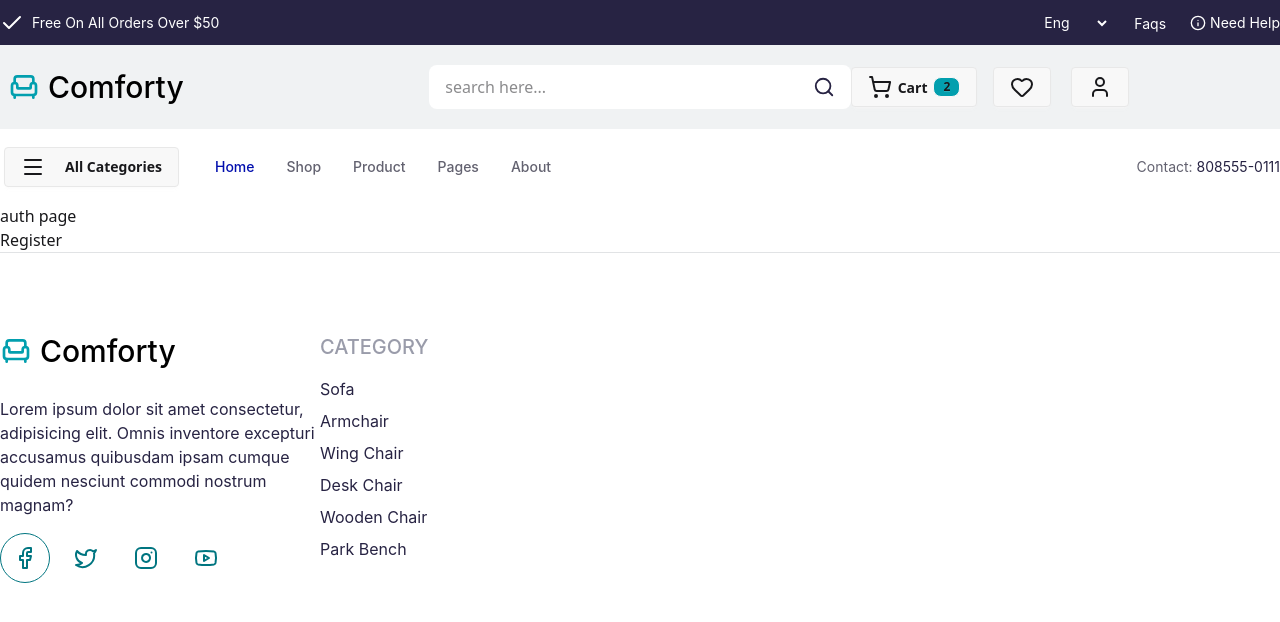
Repository: Neda0o0/store-template-website
Page: /auth/register
An editor plug-in stored every save of this project. The page is shown before and after the next save, followed by the edit.
The browser window is 1280 px wide. The pictures show the whole page.
The project was rebuilt for these pictures with package versions that can differ from the ones it lists, and the page was loaded fresh each time. Also part of the build but not shown: vite.config.js, src/components/Banner/Banner.jsx, src/components/Delivery/Delivery.jsx, src/components/Brand/Brand.jsx, src/components/SectionTitle/SectionTitle.jsx, src/components/Features/Features.jsx, src/components/Categories/Categories.jsx, src/components/Product/Product.jsx and 6 more.

Above is the page before, as saved 2025-10-27 16:50:08.

### index.html
<!DOCTYPE html>
<html lang="en">
  <head>
    <meta charset="UTF-8" />
    <link rel="icon" type="image/svg+xml" href="/vite.svg" />
    <meta name="viewport" content="width=device-width, initial-scale=1.0" />
    <title>new-project</title>
  </head>
  <body>
    <div id="root"></div>
    <script type="module" src="/src/main.jsx"></script>
  </body>
</html>

### src/main.jsx
import { StrictMode } from "react";
import { createRoot } from "react-dom/client";
import MainLayout from "./MainLayout/MainLayout";
import "./index.css";

createRoot(document.getElementById("root")).render(
  <StrictMode>
    <MainLayout />
  </StrictMode>
);

### src/MainLayout/MainLayout.jsx
import { BrowserRouter, Route, Routes } from "react-router";
import Navbar from "../components/Navbar/Navbar";
import Home from "../Pages/Home/Home";
import Auth from "../Pages/Auth/Auth";
import Login from "../Pages/Auth/Login/Login";
import Register from "../Pages/Auth/Register/Register";
import Error from "../Pages/Error/Error";
import AuthCheck from "../AuthCheck/AuthCheck";
import Footer from "../components/Footer/Footer";

const MainLayout = () => {
  return (
    <BrowserRouter>
      {/* Navbar */}
      <Navbar />
      <Routes>
        <Route
          path="/"
          element={
            <AuthCheck>
              <Home />
            </AuthCheck>
          }
        />
        <Route path="auth" element={<Auth />}>
          <Route path="login" element={<Login />} />
          <Route path="register" element={<Register />} />
        </Route>
        {/* not found routes */}
        <Route path="*" element={<Error />} />
      </Routes>
      {/* footer component */}
      <Footer />
    </BrowserRouter>
  );
};
export default MainLayout;

### src/index.css
@import "tailwindcss";
@plugin "daisyui";

/* google font inter */
@import url("https://fonts.googleapis.com/css2?family=Inter:ital,opsz,wght@0,14..32,100..900;1,14..32,100..900&display=swap");

@theme {
  --font-inter: "Inter", sans-serif;
}

.banner_slide_item {
  display: flex !important;
  justify-content: space-between;
  align-items: center;
  gap: 7.5rem;
}

.banner_image {
  position: relative;
}
.banner_image::before {
  content: "";
  position: absolute;
  top: 0;
  right: 0;
  max-width: 747px;
  width: 100%;
  min-height: 747px;
  height: 100%;
  background-color: #e1e3e5;
  border-radius: 100%;
  z-index: -1;
}
.slider_container > .slick-slider > .slick-prev,
.slider_container > .slick-slider > .slick-next {
  z-index: 5 !important;
}
.slick-prev {
  left: -40px;
}
.slick-next {
  right: 0.25px;
}
.slider_container > .slick-slider > .slick-prev:before,
.slider_container > .slick-slider > .slick-next:before {
  font-family: "slick";
  font-size: 50px !important;
  line-height: 1;
  opacity: 0.75;
  color: #007580 !important;
  -webkit-font-smoothing: antialiased;
  -moz-osx-font-smoothing: grayscale;
}
.slider_container > .slick-slider > .slick-dots {
  position: absolute;
  bottom: 100px !important;
  display: block;
  width: 100%;
  padding: 0;
  margin: 0;
  list-style: none;
  text-align: center;
}
.slider_container > .slick-slider > .slick-dots li button:before {
  font-family: "slick";
  font-size: 22px !important;
  line-height: 20px;
  position: absolute;
  top: 0;
  left: 0;
  width: 20px;
  height: 20px;
  text-align: center;
  opacity: 0.25;
  color: black;
  -webkit-font-smoothing: antialiased;
  -moz-osx-font-smoothing: grayscale;
}
.slider_container
  > .slick-slider
  > .slick-dots
  > li.slick-active
  button:before {
  color: #007580 !important;
}
.delivery_component {
  margin-top: -4rem;
  position: relative;
  z-index: 5;
}

.features_slider
  > .slick-slider
  > .slick-prev:before
  > .features_slider
  > .slick-slider
  > .slick-next:before {
  font-size: 39px !important;
  color: #007580;
}

.client_say_description {
  position: relative;
}
.client_say_description::before {
  position: absolute;
  content: "";
  top: 0;
  left: -27px;
  width: 3px;
  height: 100%;
  background-color: #007580;
}

### src/components/Navbar/Navbar.jsx
import {
  Armchair,
  Check,
  Info,
  Search,
  ShoppingCart,
  Heart,
  User,
  Menu,
} from "lucide-react";
import { Link, NavLink } from "react-router-dom";

const Navbar = () => {
  return (
    <div>
      {/* navbar top */}
      <div className="navbar_top flex items-center justify-center bg-[#272343] w-full h-[45px]">
        <div className="lg:container flex justify-between items-center">
          <p className="flex items-center gap-2 text-sm font-inter font-normal text-white capitalize">
            <Check />
            Free on all orders over $50
          </p>
          <div className="navbar_top_right flex items-center gap-6">
            <select
              defaultValue="Server location"
              className=" bg-none h-[30px] w-[70px] text-sm font-inter font-normal capitalize text-white"
            >
              <option>Eng</option>
              <option>Farsi</option>
            </select>
            <button>
              <Link className="text-sm text-white font-inter font-normal capitalize ">
                Faqs
              </Link>
            </button>
            <button>
              <Link className="flex items-center gap-1 text-sm  text-white font-inter font-normal capitalize">
                <Info size={16} />
                Need help
              </Link>
            </button>
          </div>
        </div>
      </div>
      {/* navbar middle */}
      <div className="navbar middle flex items-center justify-center bg-[#f0f2f3] w-full h-[84px]">
        <div className="lg:container grid grid-cols-3 items-center">
          <div className="logo_wrapper">
            <Link
              to="/"
              className="text-3xl text-black font-inter font-medium capitalize flex items-center gap-2"
            >
              <Armchair size="2rem" color="#029fae" /> Comforty
            </Link>
          </div>
          <div className="search_box">
            <form action="#" className="max-w-[443px] h-[44px] relative">
              <input
                type="text"
                placeholder="search here..."
                className=" max-w-[443px] w-full h-full bg-white rounded-lg pl-4 "
              />
              <button className="absolute to-50% right-4 translate-y-1/2">
                <Search size="22px" color="#272343" />
              </button>
            </form>
          </div>
          {/* navbar middle right */}
          <div className="navbar_middle_right flex items-center gap-4">
            <button className="btn capitalize">
              <ShoppingCart /> cart
              <div className="badge badge-sm bg-[#029fae]">2</div>
            </button>
            <button className="btn capitalize">
              <Heart />
            </button>

            <div className="dropdown">
              <div tabIndex={0} role="button" className="btn m-1">
                <User />
              </div>
              <ul
                tabIndex="-1"
                className="dropdown-content menu bg-base-100 rounded-box z-1 w-52 p-2 shadow-sm"
              >
                <li>
                  <Link>Account</Link>
                </li>
                <li>
                  <Link>Logout</Link>
                </li>
              </ul>
            </div>
          </div>
        </div>
      </div>

      {/* navbar bottom */}
      <div className="navbar_bottom flex items-center justify-center w-full h-[75px] bg-white border-[#ele3e5]">
        <div className="lg:container flex items-center justify-between">
          <div className="navbar_bottom_left flex items-center gap-8">
            <div className="dropdown dropdown-start">
              <div
                tabIndex={0}
                role="button"
                className="btn m-1 flex items-center gap-5 capitalize"
              >
                <Menu /> all categories
              </div>
              <ul
                tabIndex="-1"
                className="dropdown-content menu bg-base-100 rounded-box z-1 w-52 p-2 shadow-sm"
              >
                <li>
                  <a>Chair</a>
                </li>
                <li>
                  <a>Pant</a>
                </li>
                <li>
                  <a>Shirt</a>
                </li>
                <li>
                  <a>T-shirt</a>
                </li>
              </ul>
            </div>
            <nav className="flex items-center gap-8">
              <NavLink
                to="/"
                className="text-sm text-[#020fae] font-inter font-medium capitalize"
              >
                Home
              </NavLink>
              <NavLink className="text-sm text-[#636270] font-inter font-medium capitalize">
                shop
              </NavLink>
              <NavLink className="text-sm text-[#636270] font-inter font-medium capitalize">
                product
              </NavLink>
              <NavLink className="text-sm text-[#636270] font-inter font-medium capitalize">
                pages
              </NavLink>
              <NavLink className="text-sm text-[#636270] font-inter font-medium capitalize">
                about
              </NavLink>
            </nav>
          </div>

          <div className="navbar_bottom_right">
            <p className="text-sm text-[#636270] font-inter font-normal capitalize">
              contact: <span className="text-[#272343]">{808}555-0111</span>
            </p>
          </div>
        </div>
      </div>
    </div>
  );
};
export default Navbar;

### src/Pages/Auth/Auth.jsx
import { Outlet } from "react-router";

const Auth = () => {
  return (
    <div>
      auth page
      <Outlet />
    </div>
  );
};
export default Auth;

### src/Pages/Auth/Register/Register.jsx
const Register = () => {
  return <div> Register </div>;
};
export default Register;

### src/components/Footer/Footer.jsx
import { Armchair, Facebook, Instagram, Twitter, Youtube } from "lucide-react";
import { Link } from "react-router";

const Footer = () => {
  return (
    <footer>
      <div className="footer_top"></div>
      <div className="footer_bottom mx-h-[343px] w-full border-t border-[#e1e3e5] pt-[80px] pb-[60px]">
        <div className="lg:container mx-auto">
          <div className="grid grid-cols-4">
            <div>
              {/* logo wrapper */}
              <div className="logo_wrapper mb-7">
                <Link
                  to="/"
                  className="text-3xl text-black font-inter font-medium capitalize flex items-center gap-2"
                >
                  <Armchair size="2rem" color="#029fae" /> Comforty
                </Link>
              </div>

              <p className="text-base text-[#272343] font-inter font-normal mb-4 max-w-[350px]">
                Lorem ipsum dolor sit amet consectetur, adipisicing elit. Omnis
                inventore excepturi accusamus quibusdam ipsam cumque quidem
                nesciunt commodi nostrum magnam?
              </p>
              <div className="footer_social flex items-center gap-3">
                <Link className="p-3 rounded-full border-[#007580] inline-block border-[1px]">
                  <Facebook size="1.5rem" color="#007580" />
                </Link>
                <Link className="p-3 inline-block">
                  <Twitter size="1.5rem" color="#007580" />
                </Link>
                <Link className="p-3 inline-block">
                  <Instagram size="1.5rem" color="#007580" />
                </Link>
                <Link className="p-3 inline-block">
                  <Youtube size="1.5rem" color="#007580" />
                </Link>
              </div>
            </div>

            <div className="footer_wrapper">
              <h3 className="text-xl text-[#9a9caa] font-inter font-medium capitalize uppercase">
                category
              </h3>
              <ul className="space-y-2 mt-4">
                <li>
                  <Link className="text-base text-[#272343] font-inter font-normal capitalize">
                    sofa
                  </Link>
                </li>
                <li>
                  <Link className="text-base text-[#272343] font-inter font-normal capitalize">
                    armchair
                  </Link>
                </li>
                <li>
                  <Link className="text-base text-[#272343] font-inter font-normal capitalize">
                    wing chair
                  </Link>
                </li>
                <li>
                  <Link className="text-base text-[#272343] font-inter font-normal capitalize">
                    desk chair
                  </Link>
                </li>
                <li>
                  <Link className="text-base text-[#272343] font-inter font-normal capitalize">
                    wooden chair
                  </Link>
                </li>
                <li>
                  <Link className="text-base text-[#272343] font-inter font-normal capitalize">
                    park bench
                  </Link>
                </li>
              </ul>
            </div>
          </div>
        </div>
      </div>
    </footer>
  );
};
export default Footer;

After the next save:
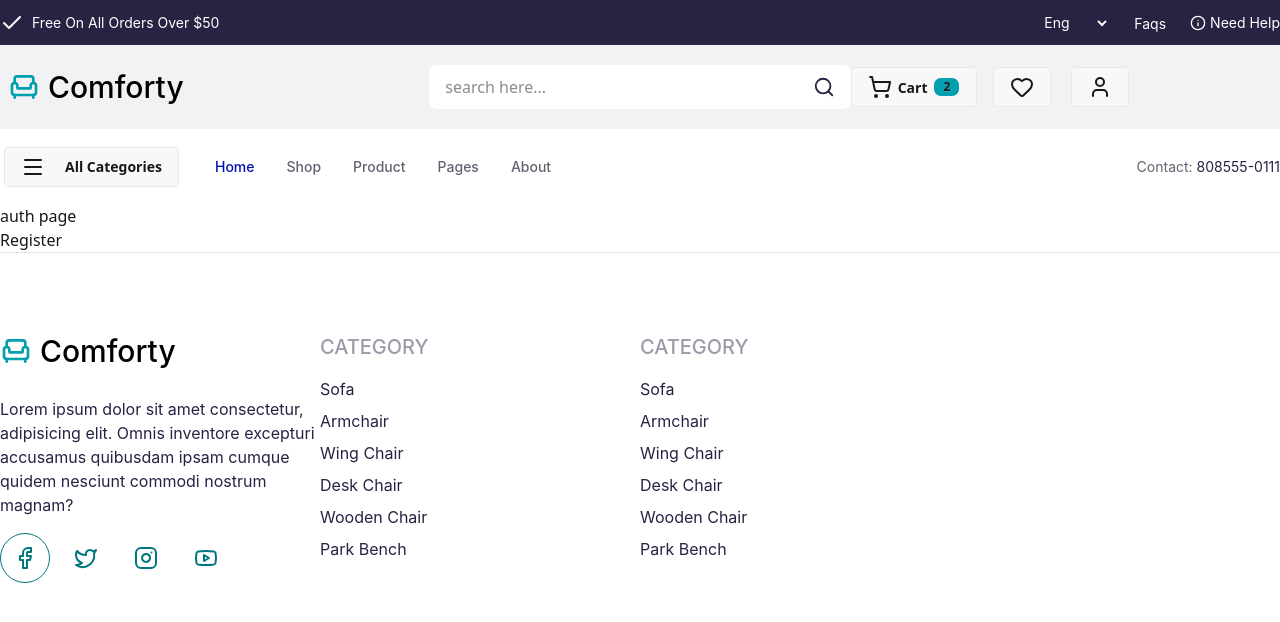
Saved 33 s later.
--- a/src/components/Footer/Footer.jsx
+++ b/src/components/Footer/Footer.jsx
@@ -77,6 +77,43 @@ const Footer = () => {
                 </li>
               </ul>
             </div>
+            <div className="footer_wrapper">
+              <h3 className="text-xl text-[#9a9caa] font-inter font-medium capitalize uppercase">
+                category
+              </h3>
+              <ul className="space-y-2 mt-4">
+                <li>
+                  <Link className="text-base text-[#272343] font-inter font-normal capitalize">
+                    sofa
+                  </Link>
+                </li>
+                <li>
+                  <Link className="text-base text-[#272343] font-inter font-normal capitalize">
+                    armchair
+                  </Link>
+                </li>
+                <li>
+                  <Link className="text-base text-[#272343] font-inter font-normal capitalize">
+                    wing chair
+                  </Link>
+                </li>
+                <li>
+                  <Link className="text-base text-[#272343] font-inter font-normal capitalize">
+                    desk chair
+                  </Link>
+                </li>
+                <li>
+                  <Link className="text-base text-[#272343] font-inter font-normal capitalize">
+                    wooden chair
+                  </Link>
+                </li>
+                <li>
+                  <Link className="text-base text-[#272343] font-inter font-normal capitalize">
+                    park bench
+                  </Link>
+                </li>
+              </ul>
+            </div>
           </div>
         </div>
       </div>
